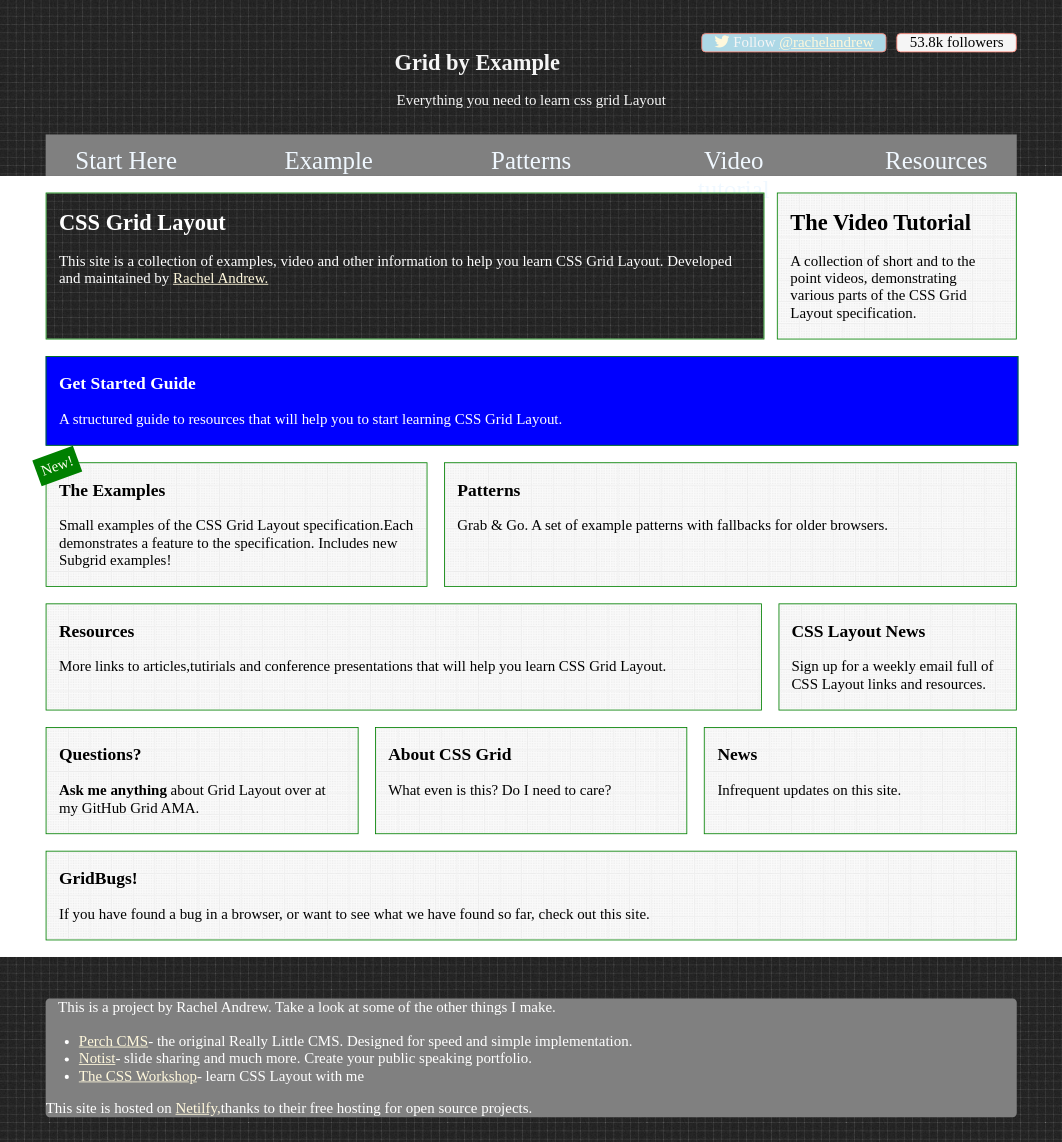
Repository: sitikhusushan/grid
Page: index.html
The author's editor kept a copy of each file at every save. The page is drawn from the files as they stood at one save, then again after the next save.
The browser window is 1280 px wide. The pictures show the whole page, at 83% of full size.
Some web libraries are served in a nearby version.

Above is the page before, as saved 2020-05-15 10:24:01.

After the next save:
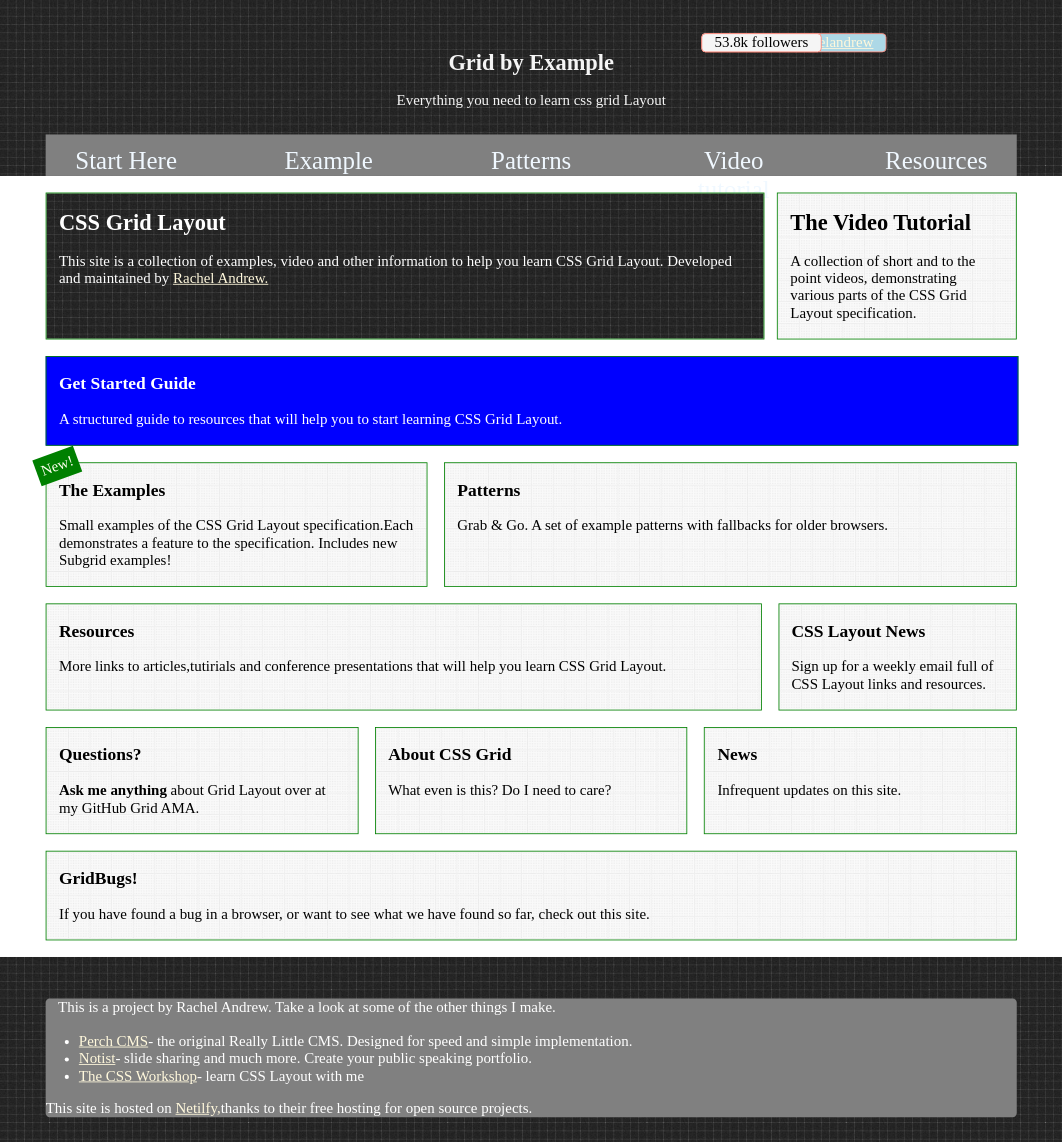
Saved 84 s later.
--- a/style.css
+++ b/style.css
@@ -110,6 +110,9 @@ a {
   float: right;
   margin-top: 20px;
   color: black;
+  position: absolute;
+  top: 0%;
+  left: 66%;
 }
 
 .social2:hover {
